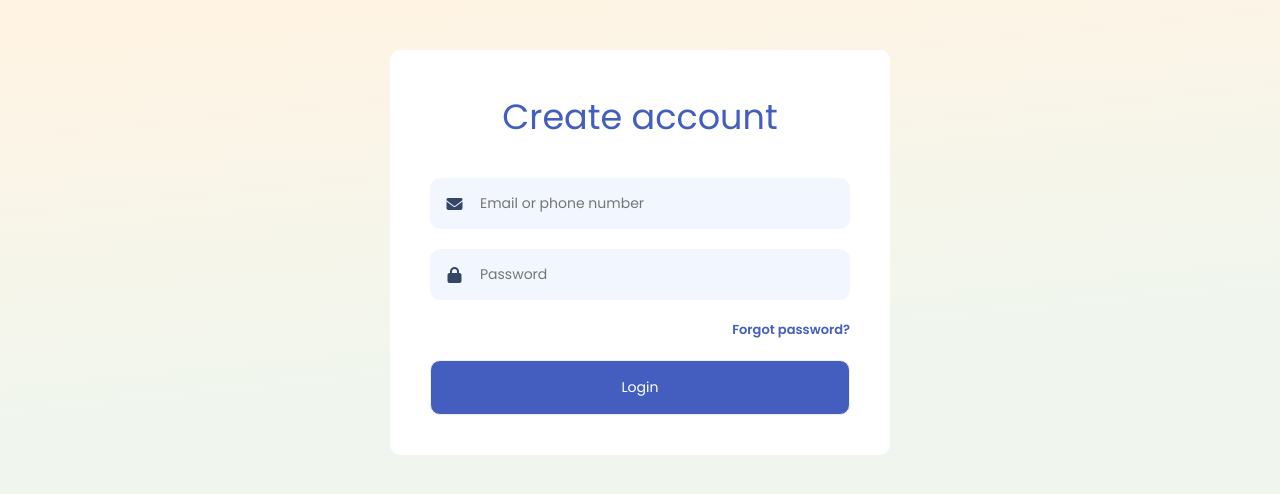
Repository: VuTuanAnh0949/loginForm
Page: index.html
An editor plug-in stored every save of this project. The page is shown before and after the next save, followed by the edit.
The browser window is 1280 px wide. The pictures show the whole page.

Above is the page before, as saved 2022-04-15 21:11:13.

### index.html
<!DOCTYPE html>
<html lang="en">
<head>
  <meta charset="UTF-8">
  <meta http-equiv="X-UA-Compatible" content="IE=edge">
  <meta name="viewport" content="width=device-width, initial-scale=1.0">
  <link
  href="https://fonts.googleapis.com/css2?family=Poppins:wght@300;400;600&display=swap"
  rel="stylesheet"
/>
<link rel="stylesheet" href="style.css">
<link rel="stylesheet" href="/fontawesome-free-6.1.1-web/css/all.css">
  <title>Login</title>
</head>
<body>
  <div class="login">
    <div class="login__heading">
      Create account
    </div>
    <div class="login-field">
      <i class="fa-solid fa-envelope login-icon"></i>
      <input type="email" class="login-input" placeholder="Email or phone number">
    </div>
    <div class="login-field">
      <i class="fa-solid fa-lock login-icon"></i>
      <input type="password" class="login-input" placeholder="Password">
    </div>
    <a href="#" class="login__forgot--password">Forgot password?</a>
    <button class="login-submit">Login</button>
  </div>
</body>
</html>

### style.css
html{
  font-size: 62.5%;
  font-family: "Poppins", sans-serif;
}
*{
box-sizing: border-box;
}
body{
  background-image: linear-gradient( 174.2deg,  rgba(255,244,228,1) 7.1%, rgba(240,246,238,1) 67.4% );
}
.login{
width: 500px;
margin: 50px auto;
padding: 40px;
background-color: white;
border-radius: 10px;
}
.login__heading{
  font-size: 35px;
  font-family: "Poppins", sans-serif;
  color: #435ebe;
  font-weight: 10000;
  text-align: center;
  padding-bottom: 35px;
}
.login-field{
  display: flex;
  align-items: center;
  background-color: #f2f7ff;
  padding: 15px;
  margin-bottom: 20px;
  border-radius: 10px;
}
.login-icon{
  color: #344667;
  font-size: 16px;
  width: 20px;
  text-align: center;

}
.login-input{
  font-family: "Poppins", sans-serif;
  border: 0;
  padding: 0 0 0 16px;
  background-color: transparent;
  width: 100%;
  outline: none;
  font-size: 14px;
}
.login-submit{
  color: white;
  border-radius: 10px;
  display: block;
  width: 100%;
  border: 0;
  padding: 16px 10px;
   background-color: #435ebe;
   font-size: 14px;
   font-family: "Poppins", sans-serif;
   cursor: pointer;
   outline: none;
   border: 1px solid #eee;
}
.login__forgot--password{
  display: block;
  text-decoration: none;
  text-align: right;
  margin-bottom: 20px;
  font-size: 13px;
  font-weight: 600;
  color: #435ebe;
  }

Loaded but not shown: fontawesome-free-6.1.1-web/css/all.css (library)

After the next save:
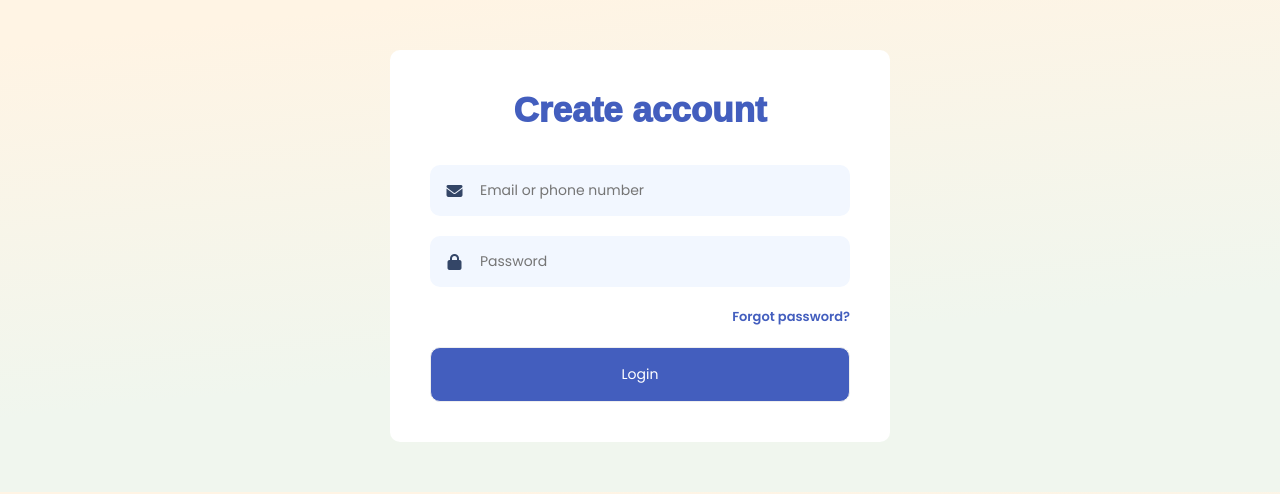
Saved 4 s later.
--- a/style.css
+++ b/style.css
@@ -17,9 +17,9 @@ border-radius: 10px;
 }
 .login__heading{
   font-size: 35px;
-  font-family: "Poppins", sans-serif;
+  font-family: Arial, Helvetica, sans-serif;
   color: #435ebe;
-  font-weight: 10000;
+  font-weight: 1000;
   text-align: center;
   padding-bottom: 35px;
 }
